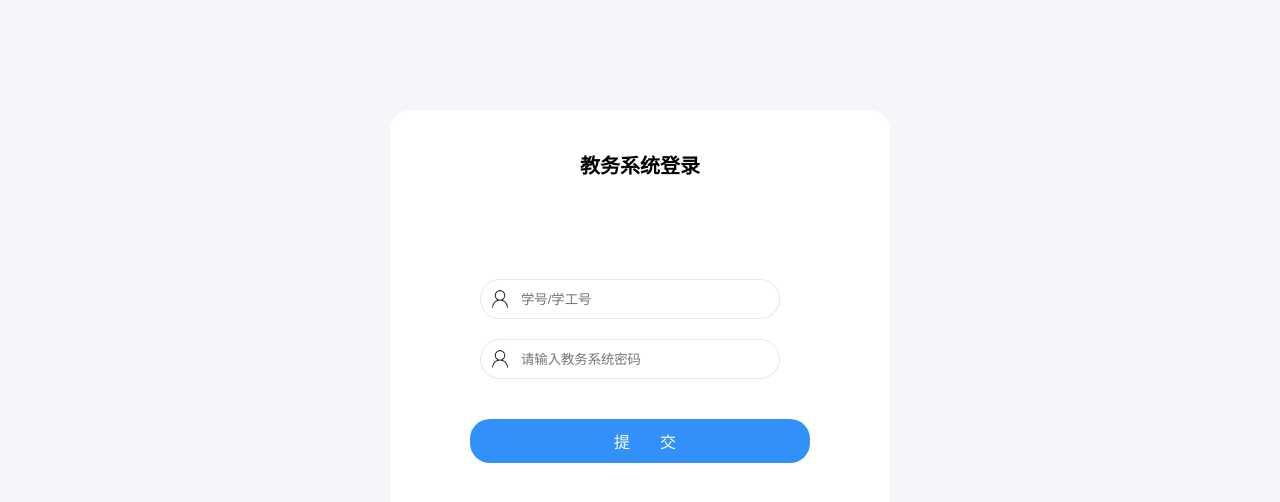
Repository: yangziteng/System
Page: / (app in myreact/)
These files come from the project's save history. The page is drawn as it stood at one moment and after the next save; the edit follows.
The browser window is 1280 px wide. The pictures show the whole page.
The project was rebuilt for these pictures with package versions that can differ from the ones it lists, and the page was loaded fresh each time. Also part of the build but not shown: myreact/vite.config.js, myreact/src/App.css, myreact/src/App.jsx, myreact/src/log.jsx.

Above is the page before, as saved 2022-07-08 12:59:17.

### myreact/src/main.jsx
import React from 'react'
import ReactDOM from 'react-dom/client'
import App from './App'
import LOG from './log'
import './index.css'
import Login from "./pages/Login/Login"
const p = {name:"杨",age:12}
ReactDOM.createRoot(document.getElementById('root')).render(
  <React.StrictMode>
    {/* //解构赋值 语法 */}

    <Login/>


  </React.StrictMode>
)

### myreact/src/pages/Login/Login.jsx
import { useState } from 'react'
import { Component } from 'react'
import "./Login.css"
import img from "./images/a.png" //引入图片
class Login extends Component {
    constructor() {
        super()
    }
    render() {
        return (
            <div className='bgc'>
                <div className='model'>
                    <div className='model-head'>教务系统登录</div>
                    <div className='model-body'>
                        <div className='username'>
                            <input type="text" placeholder='学号/学工号' value="" className='model-body-input' >
                            </input>
                                <img className='img' src={img} alt="" />
                        </div>
                        <div className='pwd'>
                            <input type="password" placeholder='请输入教务系统密码' value="" className='model-body-input' >
                            </input>
                                <img className='img' src={img} alt="" />
                        </div>
                    </div>
                    <div className='model-end'>
                        提交
                    </div>
                </div>
            </div>
        )
    }
}
export default Login

### myreact/src/pages/Login/Login.css

.bgc{
    background-color: rgba(245,245,250);
    width: 100vw;
    height: 100vh;
    display:flex;
    align-items: center;
}
.model{
    width: 500px;
    height: 500px;
    background-color: white;
    border-radius: 20px;
    margin:0 auto;
}
.model-head{
    text-align: center;
    margin-top:40px;
    font-size: 20px;
    font-weight: 800;
}
.model-body{

    margin-top:100px;

}
.username{
    display: flex;
    justify-content: center;
    align-items: center;
    position: relative;

}
.pwd{
    display: flex;
    justify-content: center;
    align-items: center;
    position: relative;
    margin-top:20px
}
.model-body-input{
    width: 300px;
    height: 40px;
    outline: none;
    border-radius: 20px;
    padding-left:40px ;
    box-sizing: border-box;
}
input{
    display: flex;
    justify-content: center;
    border:1px solid #e7e7e7
}
.img{
    width: 20px;
    height: 20px;
    position: relative;
    right: 290px;
    /* right:290px */
}
.model-end{
    width: 300px;
    background-color: rgba(50,145,248);
    letter-spacing: 30px;
    border-radius: 20px;
    padding: 10px 0px;
    text-align: center;
    color:white;
    margin:0 auto;
    margin-top:40px;
    padding-left:40px ;
}

Loaded but not shown: myreact/index.html (common file); myreact/src/index.css (common file)

After the next save:
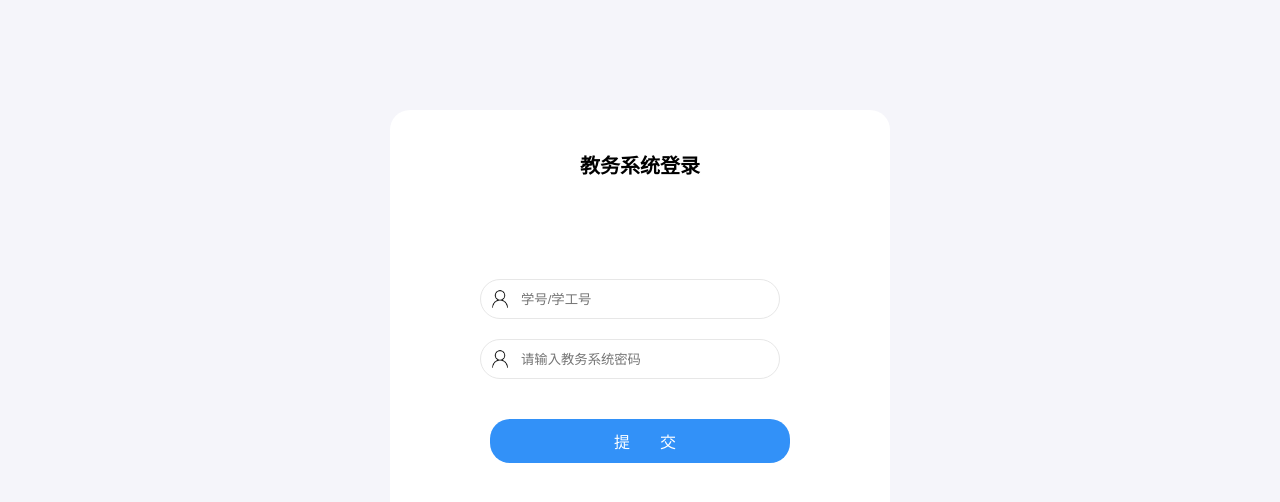
Saved 9 s later.
--- a/myreact/src/pages/Login/Login.css
+++ b/myreact/src/pages/Login/Login.css
@@ -69,4 +69,5 @@ input{
     margin:0 auto;
     margin-top:40px;
     padding-left:40px ;
+    box-sizing: border-box;
 }
